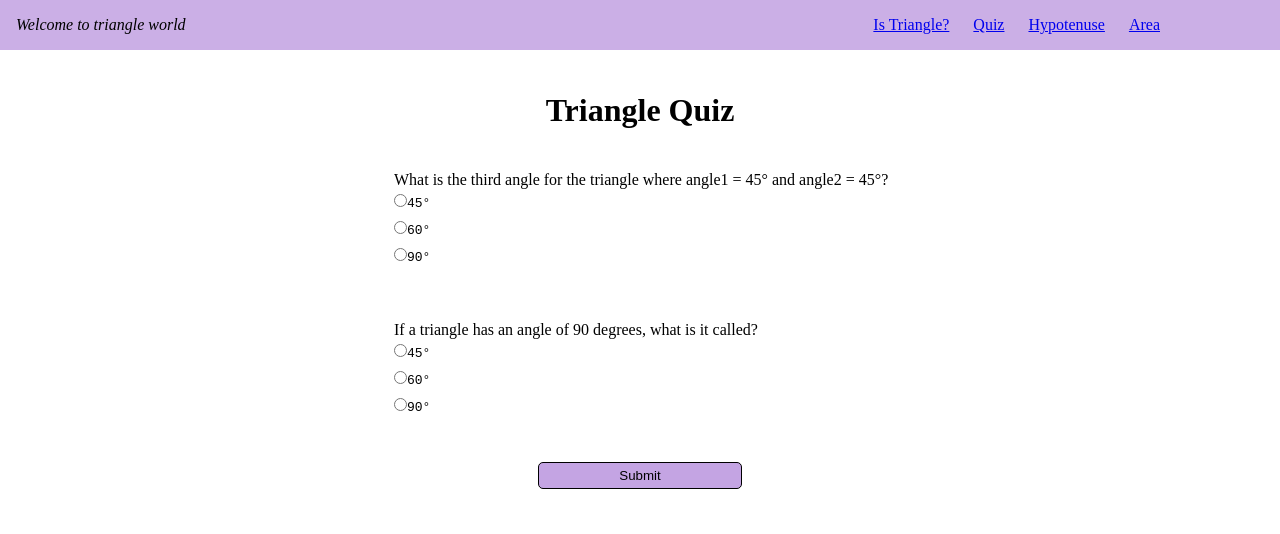
Repository: patelamancode/Fun-with-trianles
Page: quiz.html
These files come from the project's save history. The page is drawn as it stood at one moment and after the next save; the edit follows.
The browser window is 1280 px wide. The pictures show the whole page.

Above is the page before, as saved 2022-11-28 19:20:18.
Console error: TypeError: Cannot read properties of null (reading 'addEventListener')

### quiz.html
<!DOCTYPE html>
<html lang="en">
<head>
    <meta charset="UTF-8">
    <meta http-equiv="X-UA-Compatible" content="IE=edge">
    <meta name="viewport" content="width=device-width, initial-scale=1.0">
    <link rel="stylesheet" href="index.css">
    <title>Quiz-page</title>
</head>
<body>
    <nav id="navbar">
        <p id="nav-title">Welcome to triangle world</p>
        <div id="nav-links">
            <a href="index.html" id="Is-triangle">Is Triangle?</a>
            <a href="quiz.html" id="Is-triangle">Quiz</a>
            <a href="hypotenuse.html" id="hypo">Hypotenuse</a>
            <a href="area.html" id="area">Area</a>
        </div>
    </nav>
    <div id="main-container">
        <h1>Triangle Quiz</h1>
        <form >
            <div class="question-container">
                <p>What is the third angle for the triangle where angle1 = 45° and angle2 = 45°?</p>
                <label for="value1" class="quiz-option"><input type="radio" name="question1" />45°</label>
                <label for="value2" class="quiz-option"><input type="radio" name="question1" />60°</label>
                <label for="value3" class="quiz-option"><input type="radio" name="question1" />90°</label>
            </div>
            <div class="question-container">
                <p>If a triangle has an angle of 90 degrees, what is it called?</p>
                <label for="value1" class="quiz-option"><input type="radio" name="question2" />45°</label>
                <label for="value2" class="quiz-option"><input type="radio" name="question2" />60°</label>
                <label for="value3" class="quiz-option"><input type="radio" name="question2" />90°</label>
            </div>
        </form>
        <button id="submit-btn">Submit</button>
    </div>
    <script src="index.js"></script>
</body>
</html>

### index.css
* {
  margin: 0;
  padding: 0;
}

#navbar {
  background-color: rgba(143, 82, 201, 0.459);
  display: flex;
  flex-direction: row;
  justify-content: space-between;
  padding: 1rem;
}
#nav-title {
  font-style: italic;
  font-weight: 300;
  font-size: medium;
}
#nav-links {
  display: flex;
  flex-direction: row;
  justify-content: space-around;
  margin-right: 5rem;
}

#nav-links a {
    display: flex;
    margin-right: 1.5rem;
    cursor: pointer;
}

#main-container {
  display: flex;
  flex-direction: column;
  width: 40vw;
  margin: auto;
  margin-top: 2rem;
  padding: 10px;
  text-align: center;
}

.app-title {
  margin: 2rem 0 0 0;
}

#error-check-for-angles{
  background-color: yellow;
  display: none;
  padding: 0.5rem;
}

label {
  margin-top: 2rem;
  margin-bottom: 0.3rem;
  text-align: left;
  font-family: monospace;
}
input {
  border: 2px solid rgb(134, 55, 207);
  border-radius: 5px;
  padding: 5px;
}

/* For Quiz page */

.question-container{
  display: flex;
  flex-direction: column;
  width: 50vw;
  margin: auto;
  padding: 10px;

}
.question-container p{
  text-align: left;
  margin-top: 2rem;
}
.question-container .quiz-option{
  margin-top: 5px;
}



#check-btn, #submit-btn {
  margin: auto;
  text-align: center;
  margin-top: 2rem;
  width: 40%;
  padding: 5px 0px;
  background-color: rgba(143, 82, 201, 0.521);
  border: 1px solid;
  border-radius: 5px;
}
#result-display {
    display: none;
    padding-top: 1rem;
    font-style: italic;
    margin: auto;
  }

### index.js
const angle1 = document.querySelector('#angle1-input');
const angle2 = document.querySelector('#angle2-input');
const angle3 = document.querySelector('#angle3-input');
const button = document.querySelector('#check-btn');
const output = document.querySelector('#result-display');
const errorForInputs = document.querySelector('#error-check-for-angles');

// function errorForInputs(msg){
//     errorForInputs.style.display = "flex";
//     errorForInputs.innerText = msg;
// }
function showOutputMessage(msg){
    output.style.display = "flex";
    output.innerText = msg;
}
// For Is triangle :
function calculateSumOfAngles(input1,input2,input3){
    const sumOfAngles = input1 +input2 +input3;
    if(sumOfAngles === 180){
        showOutputMessage("Yeah..🤗This is a triangle");
    }else {
        showOutputMessage("Please enter some valid inputs to form a triangle 🤪");
    }
}
function isTriangle(){
    var num1 = Number(angle1.value);
    var num2 = Number(angle2.value);
    var num3 = Number(angle3.value);
    if(!num1 || !num2 || !num3){
        console.log("Please make sure about all inputs as per mention format");
    }else {
        calculateSumOfAngles(num1,num3,num3);
    }
}

// For Quiz :





button.addEventListener('click', function(){
    isTriangle();
})

After the next save:
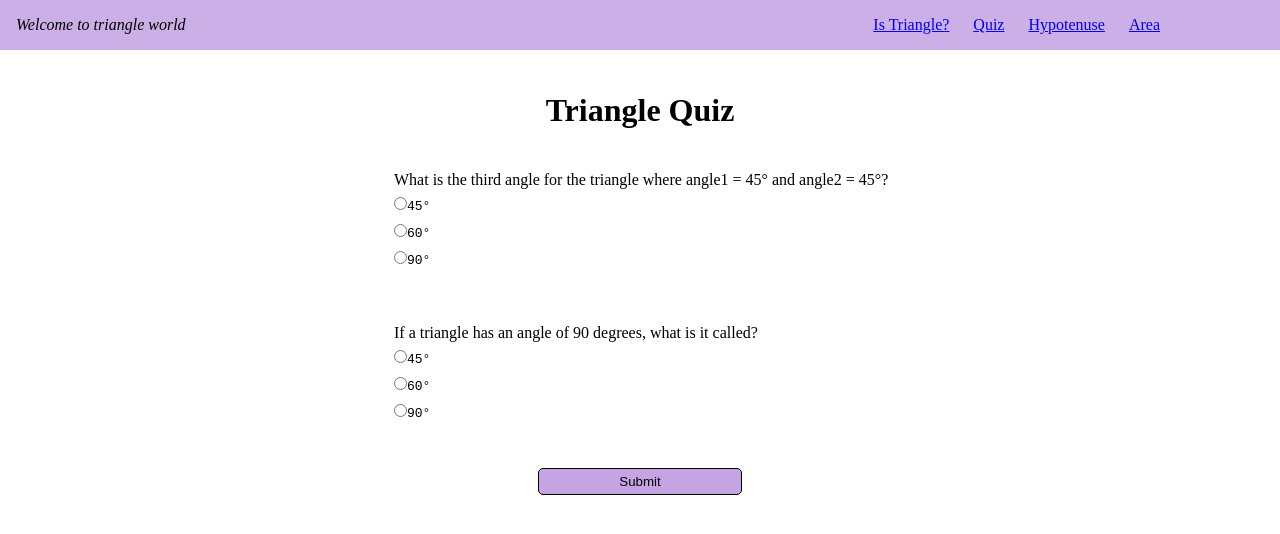
Saved 39 s later.
--- a/index.css
+++ b/index.css
@@ -73,6 +73,7 @@ input {
 .question-container p{
   text-align: left;
   margin-top: 2rem;
+  padding-bottom: 3px;
 }
 .question-container .quiz-option{
   margin-top: 5px;
